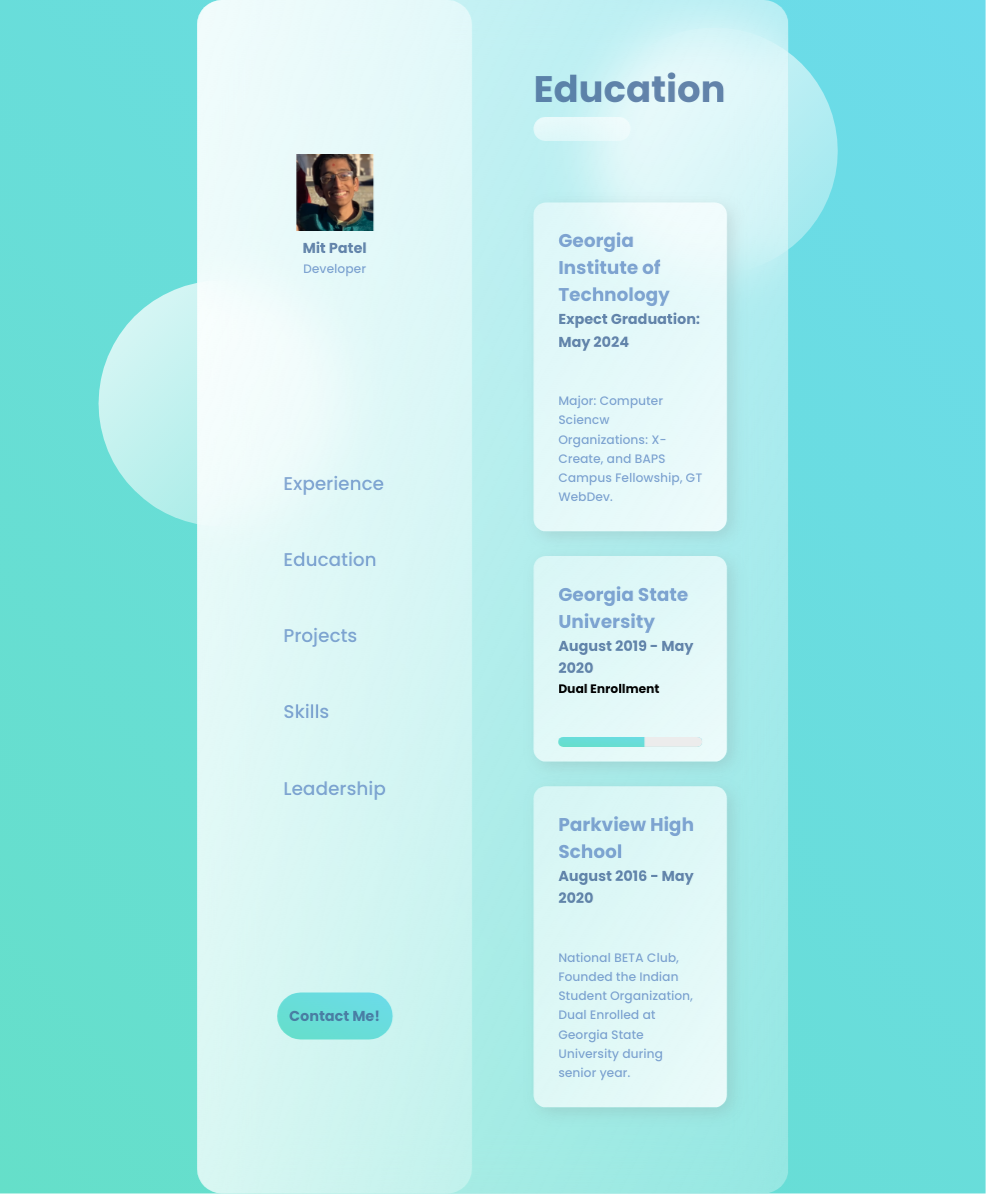
Repository: mitrpatel/mitrpatel.github.io
Page: Education.html
An editor plug-in stored every save of this project. The page is shown before and after the next save, followed by the edit.
The browser window is 1280 px wide. The pictures show the whole page, at 77% of full size.

Above is the page before, as saved 2023-05-10 14:37:08.

### Education.html
<!DOCTYPE html>
<html lang="en">
  <head>
    <meta charset="UTF-8" />
    <meta name="viewport" content="width=device-width, initial-scale=1.0" />
    <title>Mit Patel | Education</title>
    <link rel="preconnect" href="https://fonts.gstatic.com" />
    <link
      href="https://fonts.googleapis.com/css2?family=Poppins:wght@400;500;700&display=swap"
      rel="stylesheet"
    />
    <link rel="stylesheet" href="./style.css" />
  </head>
  <body>
    <main>
        <section class="glass">
            <div class="dashboard">
              <div class="user">
                <img src="./images/mit.png" alt="" />
                <h3>Mit Patel</h3>
                <a href = index.html>
                    <p>Developer</p>
                    </a>
              </div>
              <div class="links">
                <div class ="link">
                <a href = "Experience.html">
                <h2>Experience</h2>
                </a>
              </div>
                <div class="link">
                  <a href="Education.html">
                  <h2>Education</h2>
                  </a>
                </div>
                <div class="link">
                  <a href="Projects.html">
                  <h2>Projects</h2>
                  </a>
                </div>
                <div class="link">
                  <a href="Skills.html">
                  <h2>Skills</h2>
                  </a>
                </div>
                <div class="link">
                  <a href="Leadership.html">
                  <h2>Leadership</h2>
                  </a>
                </div>
              </div>
              <div class="pro">
                <a href = "Contact.html">
                <h3>Contact Me!</h3>
                </a>
              </div>
            </div>

        <div class="games">
          <div class="status">
            <h1>Education</h1>
            <input type="text" />
          </div>
          <div class="cards">

            <div class="card">
              <div class="card-info">
                <h2><b>Georgia Institute of Technology</b></h2>
                <h3>Expect Graduation: May 2024</h3>
                <br></br>
                <p>Major: Computer Sciencw<br>Organizations: X-Create, and BAPS Campus Fellowship, GT WebDev.</p>
                <div class="progress"></div>
              </div>
              <h2 class="percentage"></h2>
            </div>

            <div class="card">
              <div class="card-info">
                <h2><b>Georgia State University</b></h2>
                <h3>August 2019 - May 2020</h3>
                <h4>Dual Enrollment<h4>
                <br></br>
                <div class="progress"></div>
              </div>
              <h2 class="percentage"></h2>
            </div>

            <div class="card">
              <div class="card-info">
                <h2><b>Parkview High School</b></h2>
                <h3>August 2016 - May 2020</h3>
                <br></br>
                <p>National BETA Club, Founded the Indian Student Organization, Dual Enrolled at Georgia State University during senior year.</p>

              </div>

          </div>
        </div>
      </section>
    </main>
    <div class="circle1"></div>
    <div class="circle2"></div>
  </body>
</html>

### style.css
* {
  margin: 0;
  padding: 0;
  box-sizing: border-box;
}

h1 {
  color: #426696;
  font-weight: 600;
  font-size: 3rem;
  opacity: 0.8;
}
h2,
p {
  color: #658ec6;
  font-weight: 500;
  opacity: 0.8;
}

h3 {
  color: #426696;
  font-weight: 600;
  opacity: 0.8;
}

main {
  font-family: "Poppins", sans-serif;
  min-height: 100vh;
  background: linear-gradient(to right top, #65dfc9, #6cdbeb);
  display: flex;
  align-items: center;
  justify-content: center;
}

.glass {
  background: white;
  min-height: 80vh;
  width: 60%;
  background: linear-gradient(
    to right bottom,
    rgba(255, 255, 255, 0.7),
    rgba(255, 255, 255, 0.3)
  );
  border-radius: 2rem;
  z-index: 2;
  backdrop-filter: blur(2rem);
  display: flex;
}
.circle1,
.circle2 {
  background: white;
  background: linear-gradient(
    to right bottom,
    rgba(255, 255, 255, 0.8),
    rgba(255, 255, 255, 0.3)
  );
  height: 20rem;
  width: 20rem;
  position: absolute;
  border-radius: 50%;
}

.circle1 {
  top: 5%;
  right: 15%;
}
.circle2 {
  bottom: 5%;
  left: 10%;
}
.dashboard {
  flex: 1;
  display: flex;
  flex-direction: column;
  align-items: center;
  justify-content: space-evenly;
  text-align: center;
  background: linear-gradient(
    to right bottom,
    rgba(255, 255, 255, 0.7),
    rgba(255, 255, 255, 0.3)
  );
  border-radius: 2rem;
}
.link {
  display: flex;
  margin: 2rem 0rem;
  padding: 1rem 5rem;
  align-items: center;
  color: orange;
}
.link h2 {
  padding: 0rem 2rem;
}

.games {
  flex: 2;
}

.pro {
  background: linear-gradient(to right top, #65dfc9, #6cdbeb);
  border-radius: 2rem;
  color: white;
  padding: 1rem;
  position: relative;
}

.pro img {
  position: absolute;
  top: -10%;
  right: 10%;
}
.pro h2 {
  width: 40%;
  color: white;
  font-weight: 600;
}

/* GAMES */
.status {
  margin-bottom: 3rem;
}

.status input {
  background: linear-gradient(
    to right bottom,
    rgba(255, 255, 255, 0.7),
    rgba(255, 255, 255, 0.3)
  );
  border: none;
  width: 50%;
  padding: 0.5rem;
  border-radius: 2rem;
}

.games {
  margin: 5rem;
  display: flex;
  flex-direction: column;
  justify-content: space-evenly;
}

.card {
  display: flex;
  background: linear-gradient(
    to left top,
    rgba(255, 255, 255, 0.8),
    rgba(255, 255, 255, 0.5)
  );
  border-radius: 1rem;
  margin: 2rem 0rem;
  padding: 2rem;
  box-shadow: 6px 6px 20px rgba(122, 122, 122, 0.212);
  justify-content: space-between;
}

.progress {
  background: linear-gradient(to right top, #65dfc9, #6cdbeb);
  width: 100%;
  height: 25%;
  border-radius: 1rem;
  position: relative;
  overflow: hidden;
}
.progress::after {
  content: "";
  width: 100%;
  height: 100%;
  background: rgb(236, 236, 236);
  position: absolute;
  left: 60%;
}
.card-info {
  display: flex;
  flex-direction: column;
  justify-content: space-between;
}

.percentage {
  font-weight: bold;
  background: linear-gradient(to right top, #65dfc9, #6cdbeb);
  -webkit-background-clip: text;
  -webkit-text-fill-color: transparent;
}

a:link {
  color: #658ec6;
  background-color: transparent;
  text-decoration: none;
}

a:visited {
  color: #658ec6;
  background-color: transparent;
  text-decoration: none;
}

a:hover {
  color: #658ec6;
  background-color: transparent;
  text-decoration: underline;
}

a:active {
  color: #658ec6;
  background-color: transparent;
  text-decoration: underline;
}

After the next save:
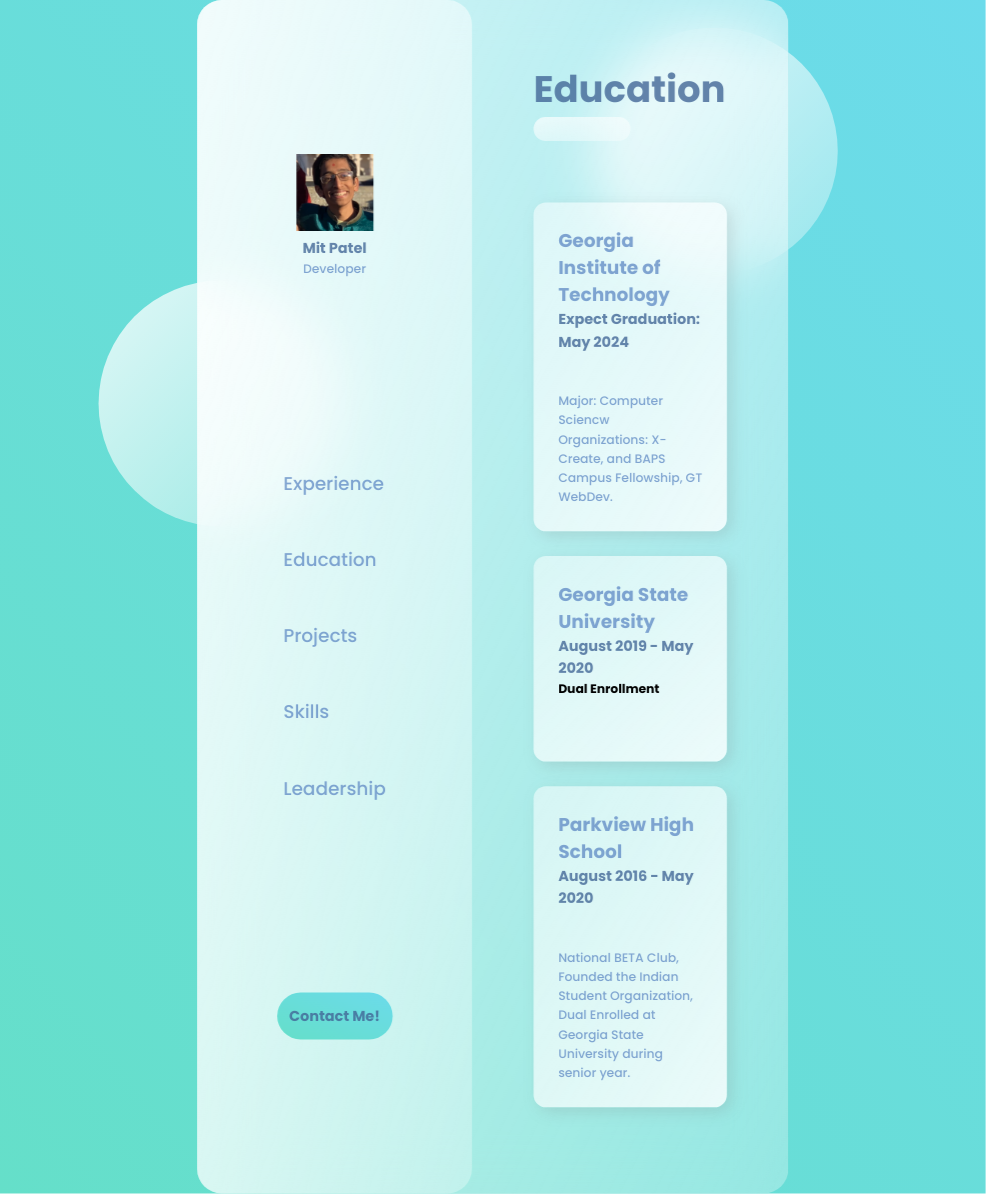
Saved 2 min 51 s later.
--- a/Education.html
+++ b/Education.html
@@ -80,7 +80,6 @@
                 <h3>August 2019 - May 2020</h3>
                 <h4>Dual Enrollment<h4>
                 <br></br>
-                <div class="progress"></div>
               </div>
               <h2 class="percentage"></h2>
             </div>
